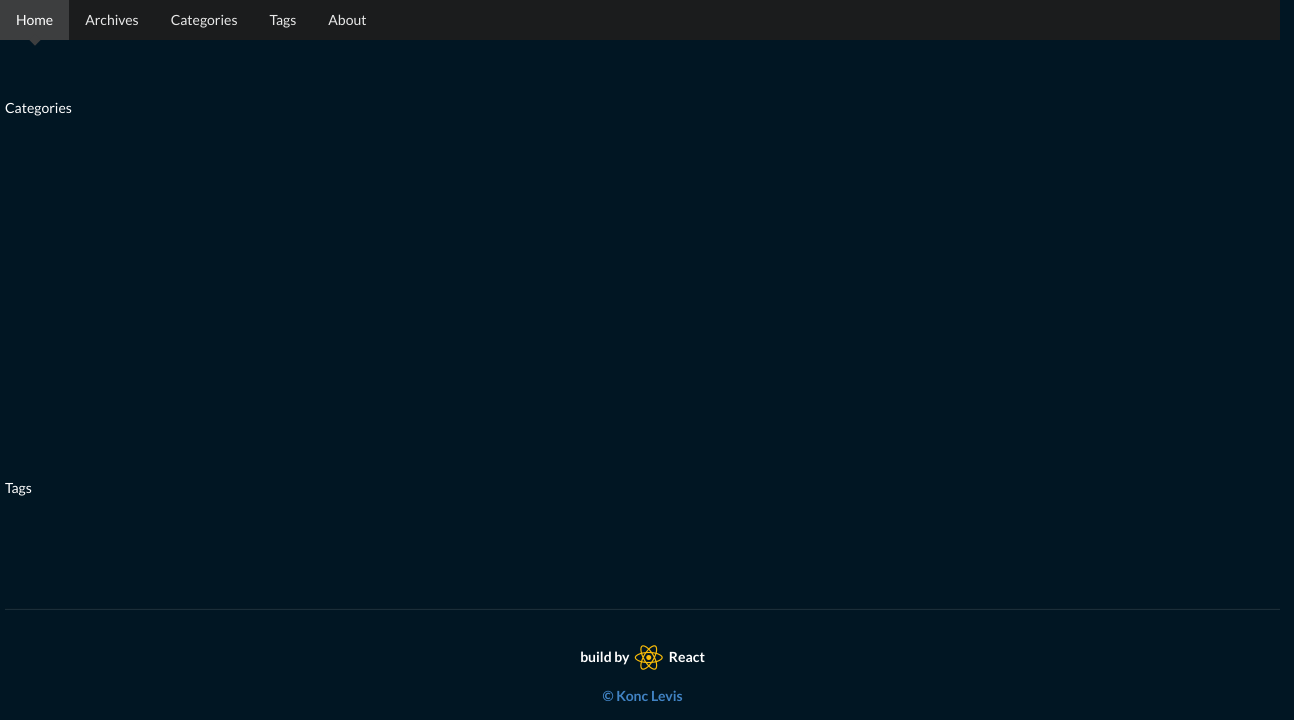
Repository: chu4j/my-spring-cloud-blog-frontend
Page: /
These files come from the project's save history. The page is drawn as it stood at one moment and after the next save; the edit follows.
The browser window is 1280 px wide. The page is 1294 px wide, so the pictures cover 1294 px, including what lies to the right of the window. The pictures show the whole page.
The page's requests for data from a server got no answer. The project was rebuilt for these pictures with package versions that can differ from the ones it lists, and the page was loaded fresh each time. No one was signed in, and anything a server would have sent is missing. Also part of the build but not shown: src/components/Categories.jsx, src/components/FocusContent.jsx, src/css/App.css, src/components/owner/LoginForm.jsx, src/components/Tags.jsx, src/components/Timeline.jsx, src/components/TimelineHome.jsx.

Above is the page before, as saved 2021-02-24 13:24:34.

After the next save:
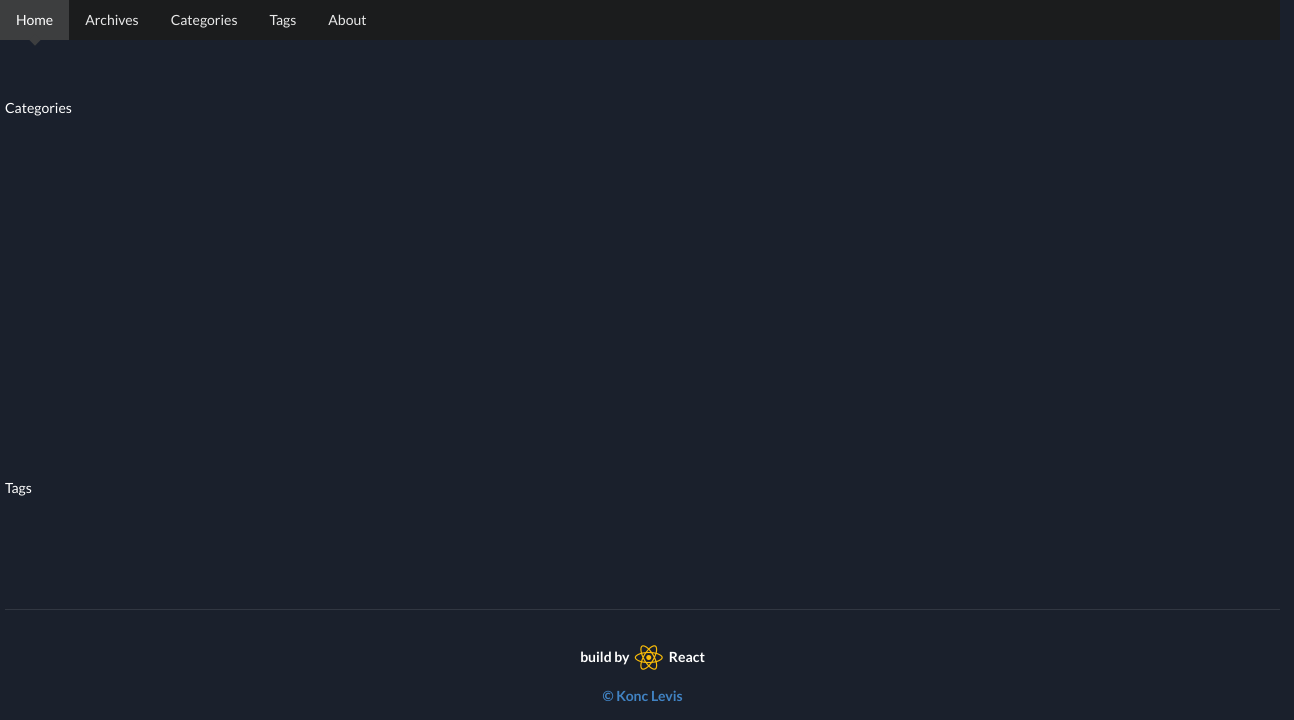
Saved 4 min 31 s later.
--- a/src/css/index.css
+++ b/src/css/index.css
@@ -1,7 +1,7 @@
 body {
   -webkit-font-smoothing: antialiased;
   -moz-osx-font-smoothing: grayscale;
-  background-color: #011623;
+  background-color: #1A202C;
 }
 
 code {
